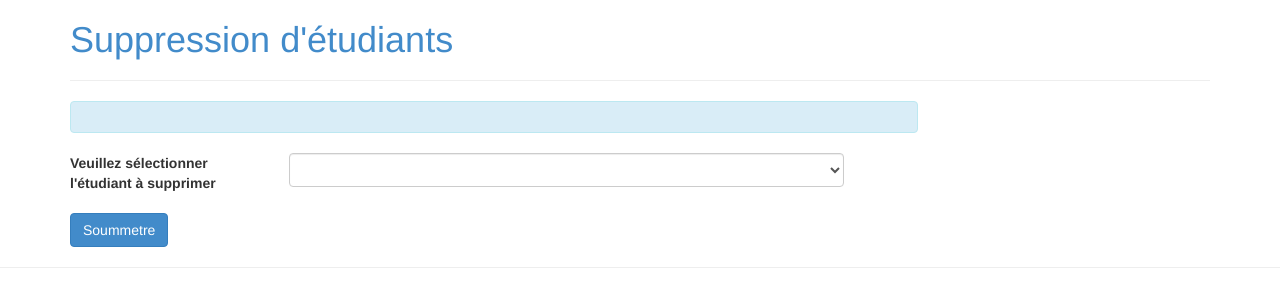
Repository: tt5300447/parakeet
Page: http://localhost/
These files come from the project's save history. The page is drawn as it stood at one moment and after the next save; the edit follows.
The browser window is 1280 px wide. The pictures show the whole page.
The page is run by PHP 8.4 with error messages shown; the project is at /var/www/html/. Queries for data that is not in the repository find no rows.

Above is the page before, as saved 2022-06-22 12:45:01.
Console error (its wording comes from the project's code and is left out).

After the next save:
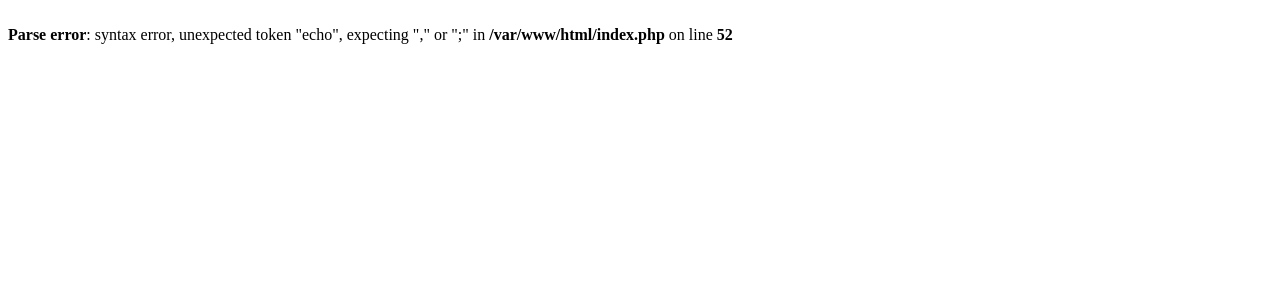
The error is gone.
Saved 2 min 27 s later.
--- a/Copier/htdocs/Supprimer/index.php
+++ b/Copier/htdocs/Supprimer/index.php
@@ -48,7 +48,7 @@ $result = $conn->query("SELECT * FROM Etudiant");
 
 while ($row = mysqli_fetch_array($result))
 {
-    echo "<tr>";
+    echo "<option>" .$row['nom']. " ". $row['prenom']. "</option>"
     echo "<td>" . $row['matricule'] . "</td>";
     echo "<td>" . $row['nom'] . "</td>";
     echo "<td>" . $row['prenom'] . "</td>";
